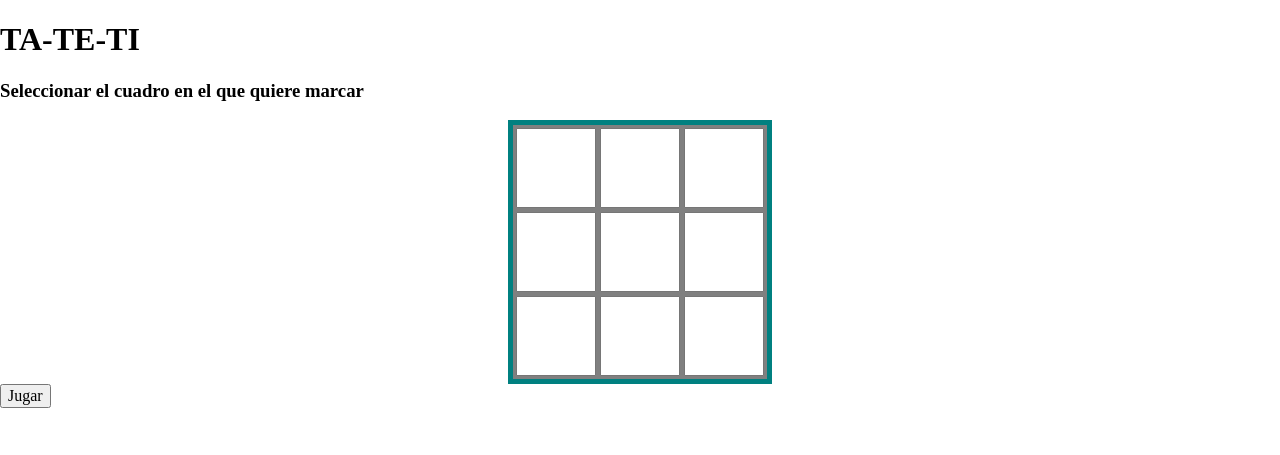
Repository: Lean97-start/TATETI
Page: Tateti.html
An editor plug-in stored every save of this project. The page is shown before and after the next save, followed by the edit.
The browser window is 1280 px wide. The pictures show the whole page.

Above is the page before, as saved 2021-03-30 12:30:59.

After the next save:
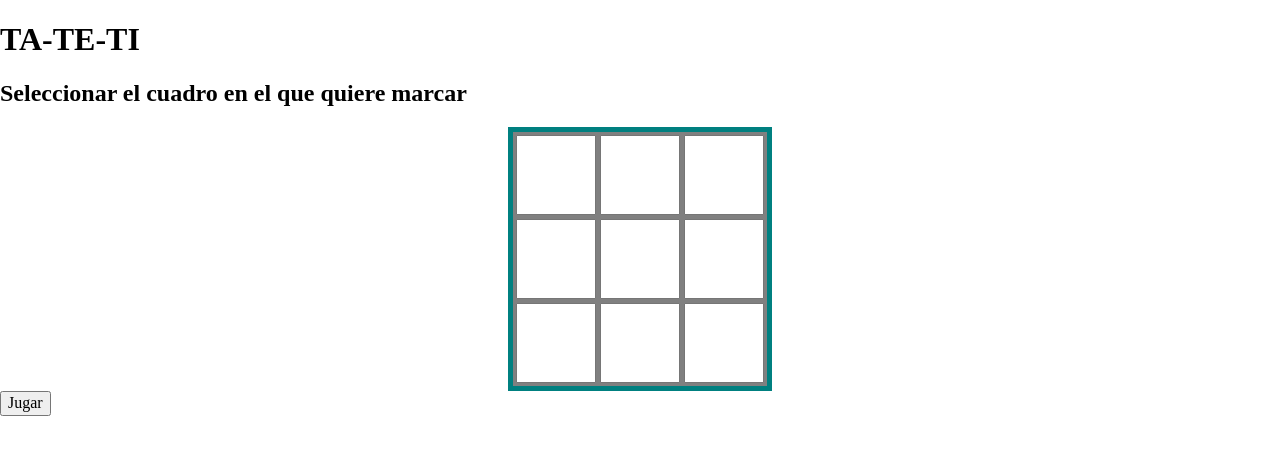
Saved 46 s later.
--- a/Tateti.html
+++ b/Tateti.html
@@ -9,7 +9,7 @@
 </head>
 <body>
     <H1>TA-TE-TI</H1>
-    <H3>Seleccionar el cuadro en el que quiere marcar</H3>
+    <H2>Seleccionar el cuadro en el que quiere marcar</H3>
 
         <table class="cuadro">
             <tr>
